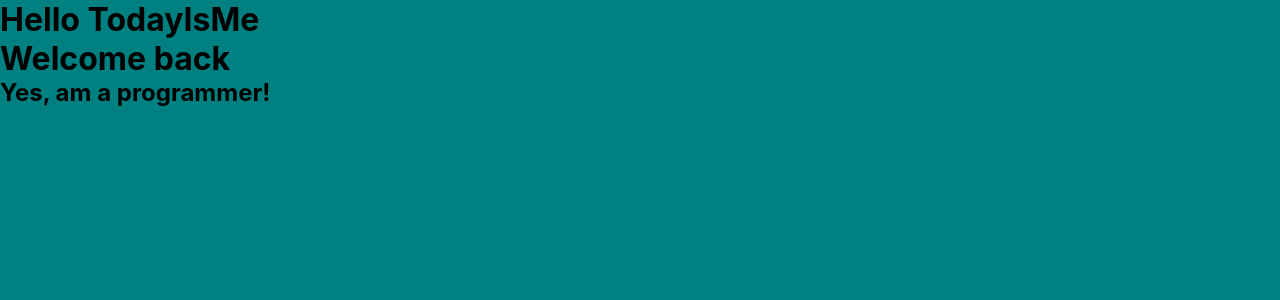
Repository: Exdevo/React
Page: /
These files come from the project's save history. The page is drawn as it stood at one moment and after a run of saves; the edit follows.
The browser window is 1280 px wide. The pictures show the whole page.
The project was rebuilt for these pictures with package versions that can differ from the ones it lists, and the page was loaded fresh each time. Also part of the build but not shown: src/ItemDescription.js, src/Product.js.

Above is the page before, as saved 2023-02-12 15:09:48.

After the next 4 saves:
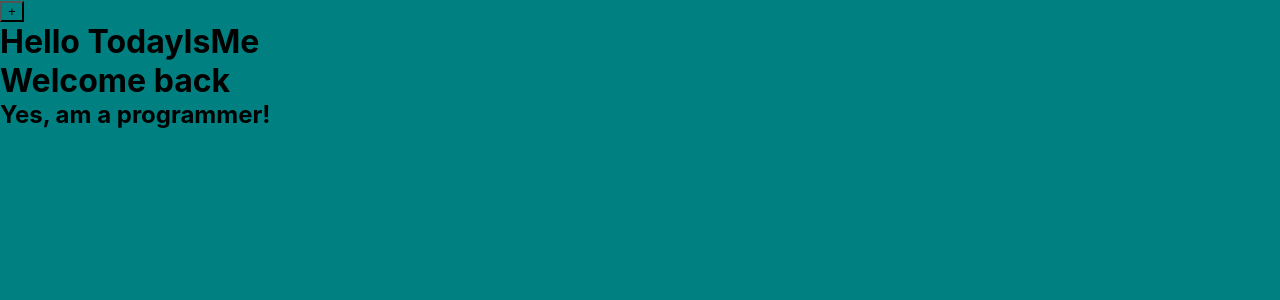
The 4 saves are shown as one change because they came seconds apart.
The last was saved 10 s later.
--- a/src/App.js
+++ b/src/App.js
@@ -12,7 +12,7 @@ function App() {
 
   return (
     <div className="App">
-
+      <button>+</button>
      <h1> Hello {isProgrammer ? name : "TodayIsMe"} </h1>
      {name ?(
       <>Testing</>
